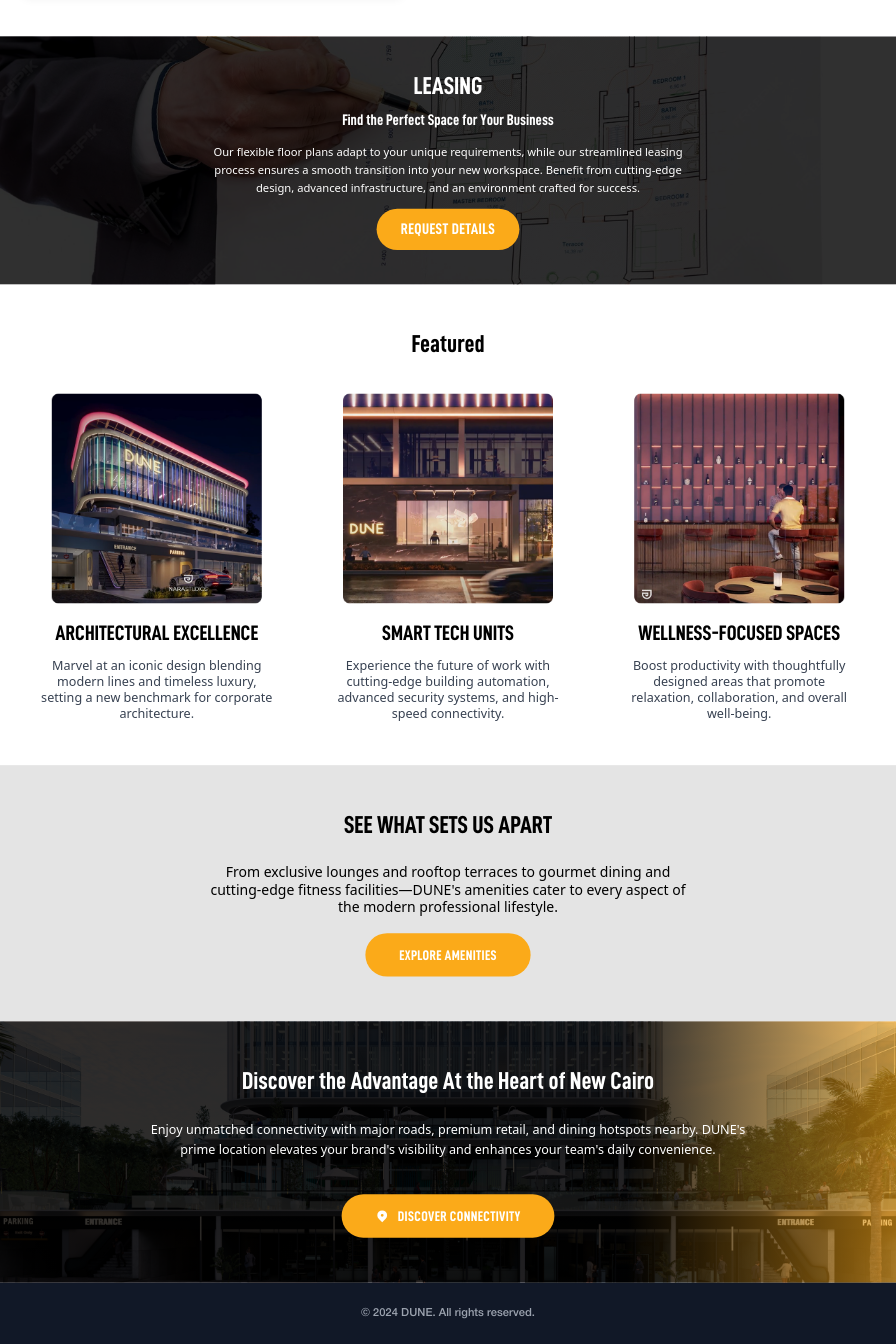
Repository: ahmedassr5765/dune
Page: index.html
These files come from the project's save history. The page is drawn as it stood at one moment and after the next save; the edit follows.
The browser window is 1280 px wide. The pictures show the part of the page from y = 2053 to 3973 px (the page is 3973 px tall), at 70% of full size.
Some web libraries are served in a nearby version.

Above is the page before, as saved 2025-07-12 19:16:34.

After the next save:
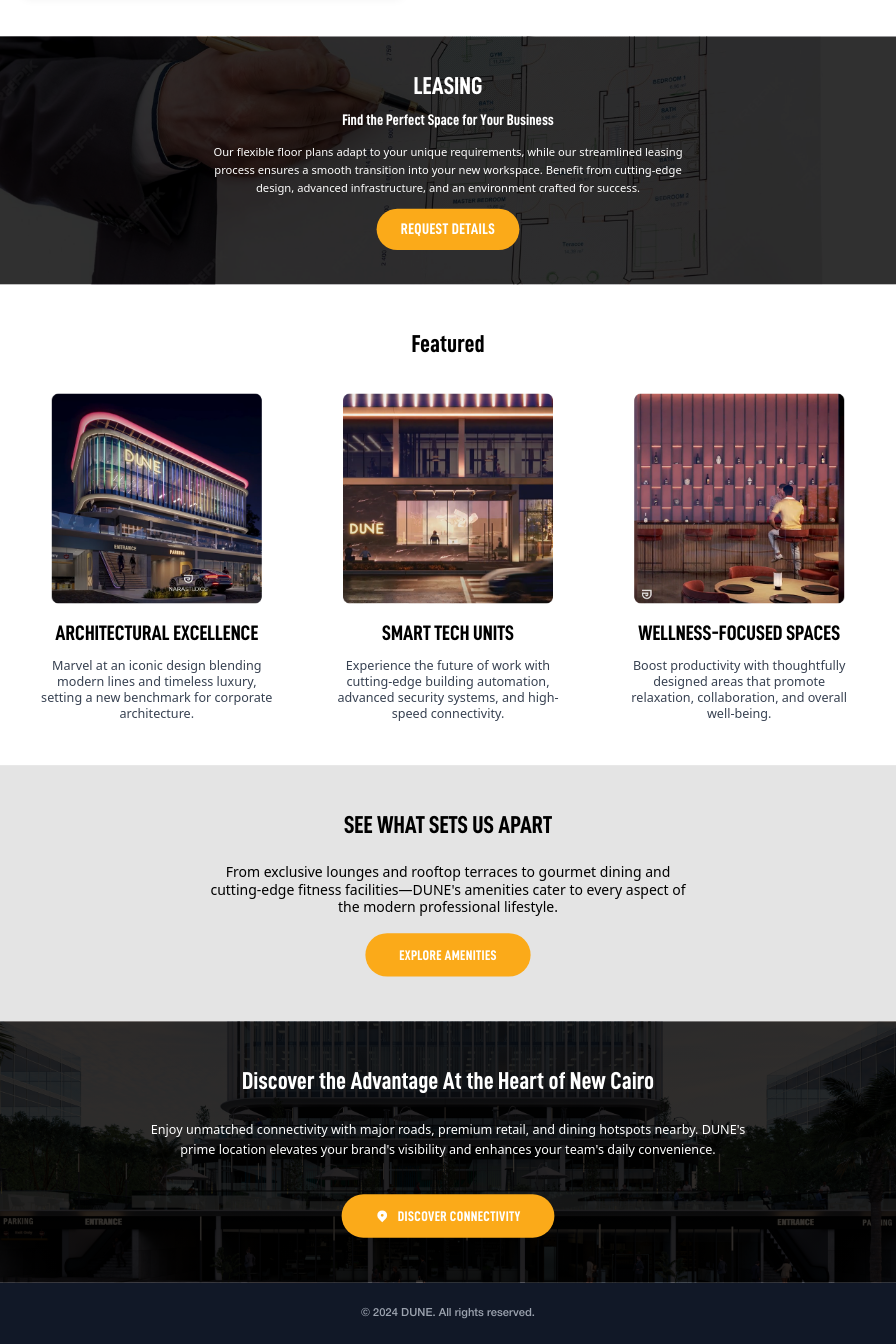
Saved 8 s later.
--- a/index.html
+++ b/index.html
@@ -400,7 +400,7 @@
     <section class="max-w-[1440px] mx-auto relative h-[373px] bg-cover bg-center bg-no-repeat" style="background-image: url('/images/discover.png');">
 
         <!-- Gradient Overlay -->
-        <div class="absolute inset-0" style="background: linear-gradient(to right, rgba(0,0,0,0.80) 70%, rgba(251,170,25,0.6) 100%, rgba(251,170,25,0.8) 100%);"></div>
+        <div class="absolute inset-0" style="background: linear-gradient(to right, rgba(0,0,0,0.80) 70%, 100%, rgba(251,170,25,0.8) 100%);"></div>
 
         <!-- Content -->
         <div class="relative z-10 h-full flex flex-col justify-center items-center text-center px-4 sm:px-6 lg:px-8">
